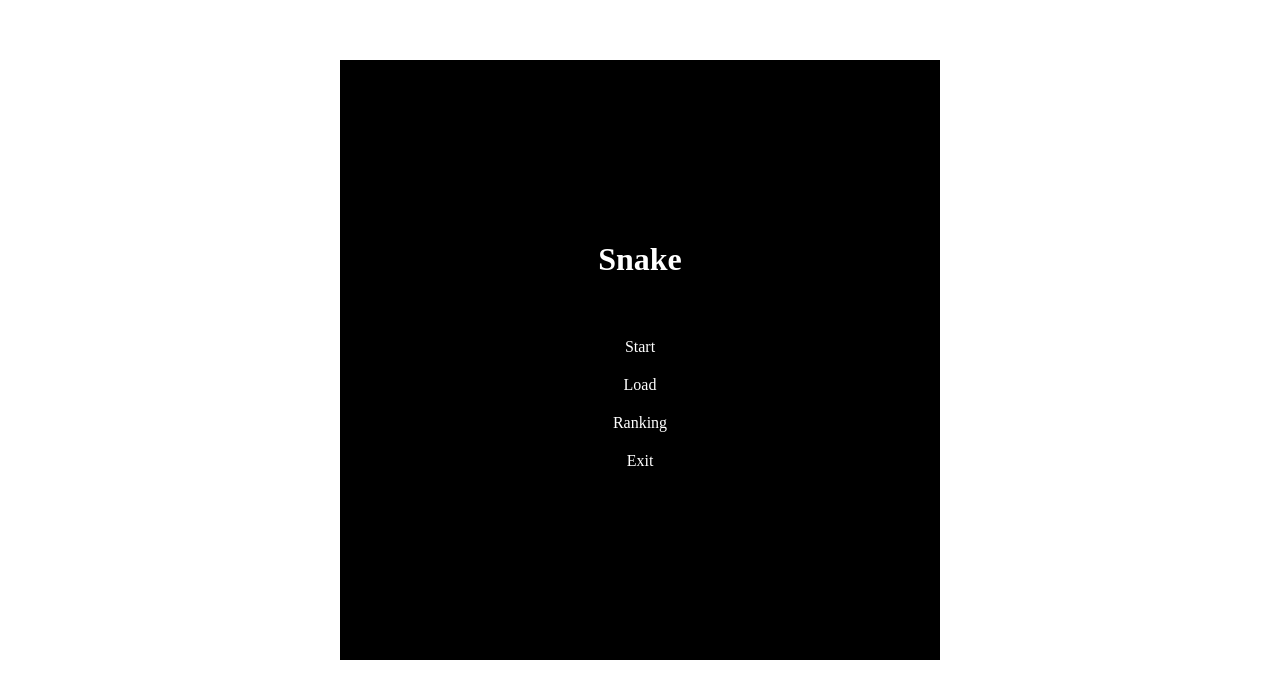
Repository: myeongbaek/SnakeGame_Team07
Page: index.html
The author's editor kept a copy of each file at every save. The page is drawn from the files as they stood at one save, then again after the next save.
The browser window is 1280 px wide. The pictures show the whole page.

Above is the page before, as saved 2022-04-16 13:35:39.

After the next save:
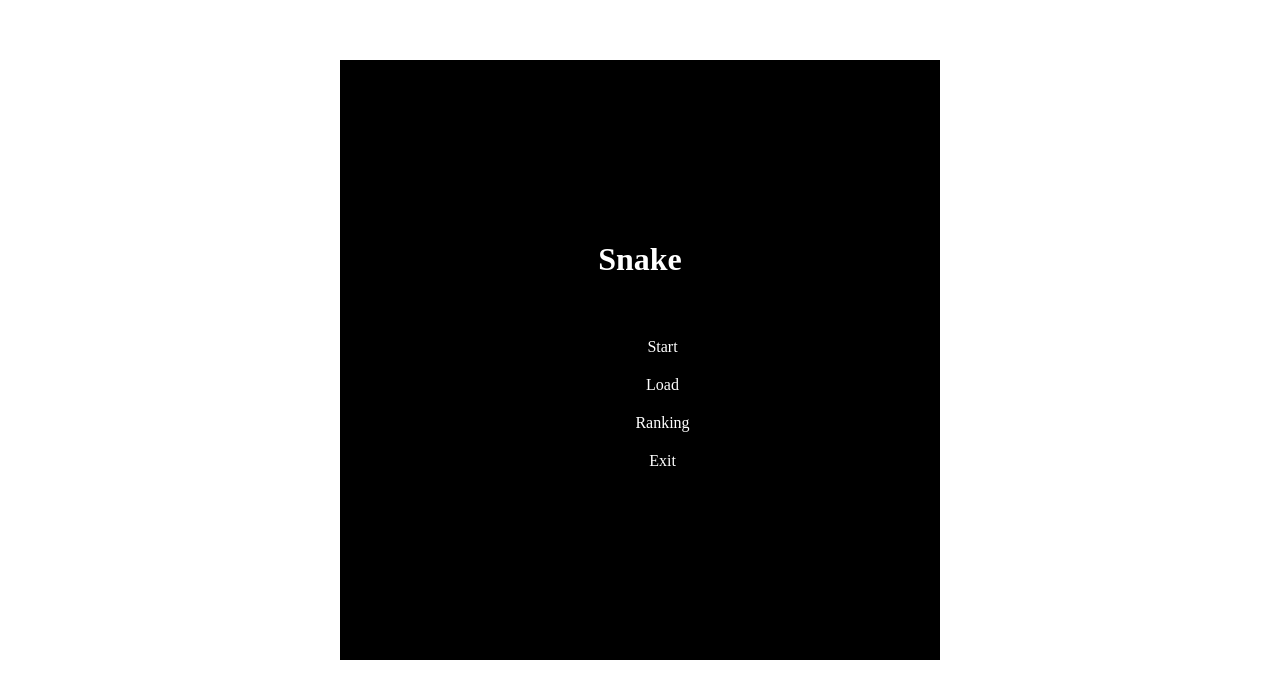
Saved 18 s later.
--- a/style.css
+++ b/style.css
@@ -36,6 +36,7 @@
   color: white;
   text-align: start;
   width : 150px;
+  padding-left: 50px;
 }
 
 .btn {
